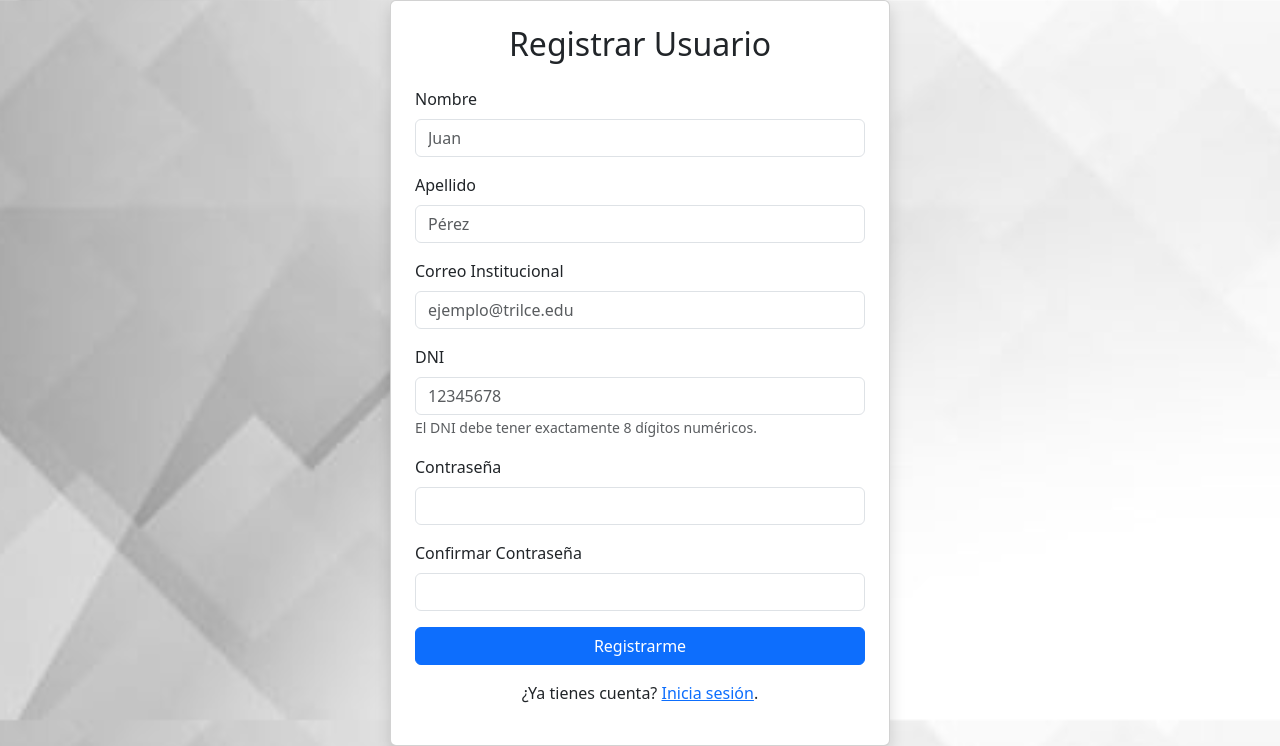
Repository: maycky02/Bibloteca_integrador
Page: http://localhost/registrarme
An editor plug-in stored every save of this project. The page is shown before and after the next save, followed by the edit.
The browser window is 1280 px wide. The pictures show the whole page.
Backgrounds fixed to the window are drawn as part of the page. The page is this project's Thymeleaf template; nobody is signed in. The template is opened directly, without the code that normally fills it, so the values that code supplies are empty.

Above is the page before, as saved 2024-12-03 22:10:26.

### Bibloteca/src/main/resources/templates/registrarme.html
<!DOCTYPE html>
<html lang="es">
<head>
    <meta charset="UTF-8">
    <meta name="viewport" content="width=device-width, initial-scale=1.0">
    <title>Registrar Usuario</title>
    <link href="https://cdn.jsdelivr.net/npm/bootstrap@5.3.0/dist/css/bootstrap.min.css" rel="stylesheet">
    <style>
        body {
            display: flex;
            justify-content: center;
            align-items: center;
            min-height: 20vh;
            margin: 0;
            background: url('/img/f_2.jpg') no-repeat center center fixed;
            background-size: cover; /* Ajusta la imagen al tamaño de la pantalla */
        }
    </style>
</head>
<body>
    <div class="card p-4 shadow" style="width: 500px;">
        <h2 class="text-center mb-4">Registrar Usuario</h2>
        <!-- Mostrar mensaje de éxito o error -->
        <div th:if="${mensaje}" class="alert alert-success" role="alert">
            <p th:text="${mensaje}"></p>
        </div>
        <div th:if="${error}" class="alert alert-danger" role="alert">
            <p th:text="${error}"></p>
        </div>
        <form action="/registrarme" method="post">
            <!-- Campo para el nombre -->
            <div class="mb-3">
                <label for="nombre" class="form-label">Nombre</label>
                <input type="text" class="form-control" id="nombre" name="nombre" placeholder="Juan" required>
            </div>
            <!-- Campo para el apellido -->
            <div class="mb-3">
                <label for="apellido" class="form-label">Apellido</label>
                <input type="text" class="form-control" id="apellido" name="apellido" placeholder="Pérez" required>
            </div>
            <!-- Campo para el correo -->
            <div class="mb-3">
                <label for="correo" class="form-label">Correo Institucional</label>
                <input type="email" class="form-control" id="correo" name="correo" placeholder="ejemplo@trilce.edu" required>
            </div>
            <!-- Campo para el DNI (validado para 8 dígitos numéricos) -->
            <div class="mb-3">
                <label for="dni" class="form-label">DNI</label>
                <input type="text" class="form-control" id="dni" name="dni" pattern="^\d{8}$" maxlength="8" placeholder="12345678" required>
                <small class="form-text text-muted">El DNI debe tener exactamente 8 dígitos numéricos.</small>
            </div>
            <!-- Campo para la contraseña -->
            <div class="mb-3">
                <label for="contraseña" class="form-label">Contraseña</label>
                <input type="password" class="form-control" id="contraseña" name="contraseña" required>
            </div>
            <!-- Campo para confirmar la contraseña -->
            <div class="mb-3">
                <label for="confirmarContraseña" class="form-label">Confirmar Contraseña</label>
                <input type="password" class="form-control" id="confirmarContraseña" name="confirmarContraseña" required>
            </div>
            <!-- Botón de registro -->
            <button type="submit" class="btn btn-primary w-100">Registrarme</button>
            <p class="mt-3 text-center">
                ¿Ya tienes cuenta? <a href="/login">Inicia sesión</a>.
            </p>
        </form>
    </div>
</body>
</html>

After the next save:
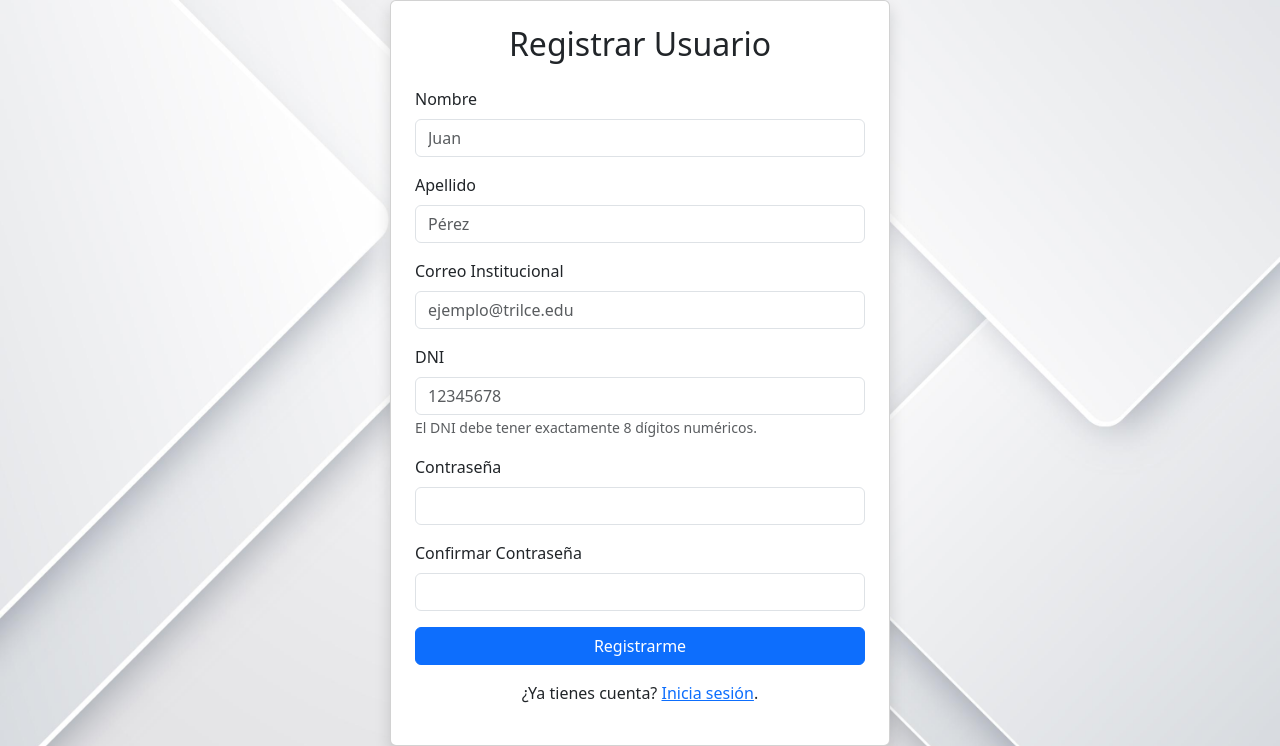
Saved 113 s later.
--- a/Bibloteca/src/main/resources/templates/registrarme.html
+++ b/Bibloteca/src/main/resources/templates/registrarme.html
@@ -12,7 +12,7 @@
             align-items: center;
             min-height: 20vh;
             margin: 0;
-            background: url('/img/f_2.jpg') no-repeat center center fixed;
+            background: url('/img/f_3.jpg') no-repeat center center fixed;
             background-size: cover; /* Ajusta la imagen al tamaño de la pantalla */
         }
     </style>
